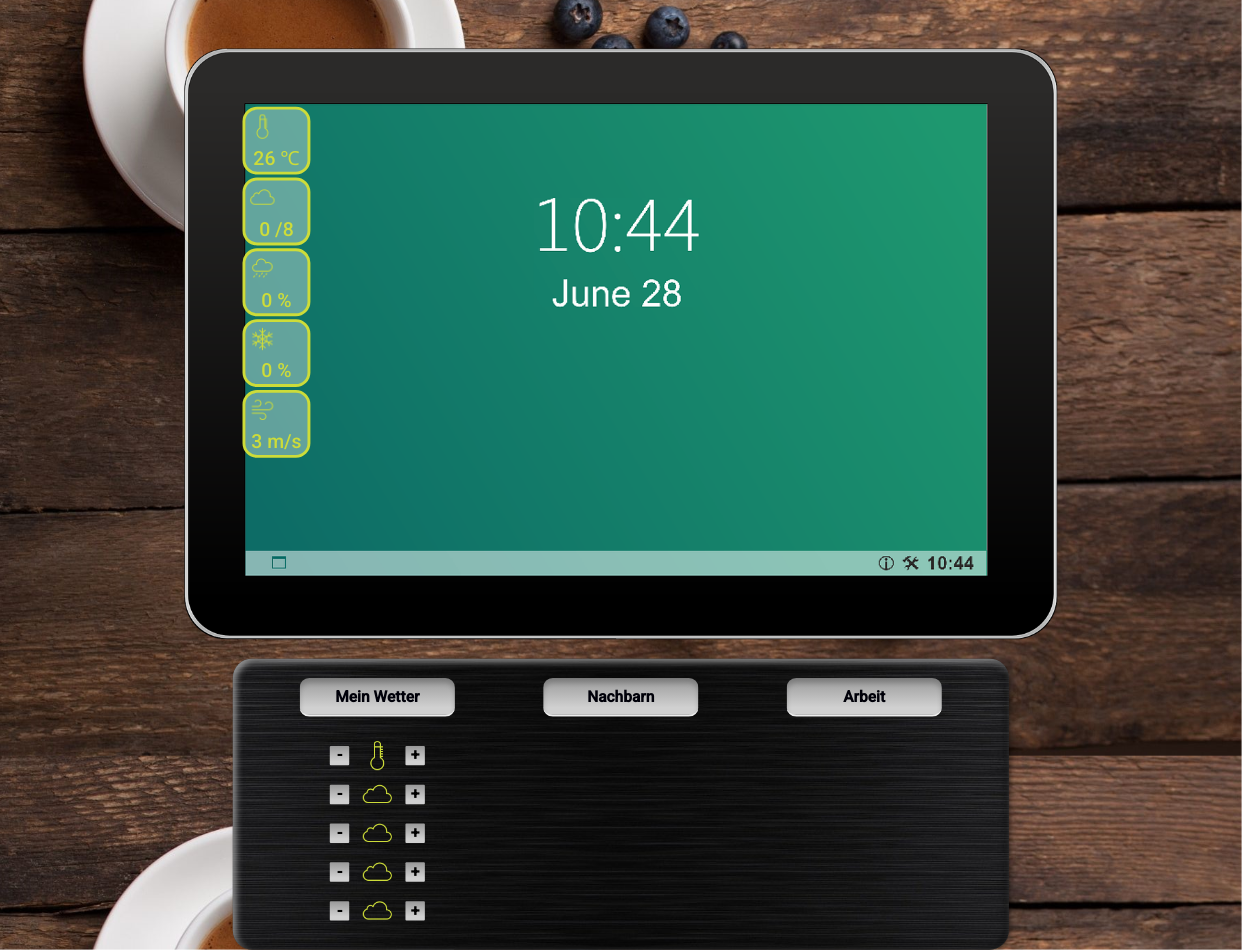
Repository: NadiaSchmitz/wetter.githab.io
Page: index.html
The author's editor kept a record of every edit. The page is drawn from the files as they stood at one moment, then again after the next edit.
The browser window is 1280 px wide. The pictures show the whole page, at 97% of full size.

Above is the page before.
Not found: styles/background1.css
Not found: styles/background2.css
Not found: styles/background3.css

### index.html
<!DOCTYPE html>
<html>

<head>
  <meta charset="utf-8" />
  <title>Das Wetter</title>
  <link rel="stylesheet" href="./styles/reset.css" type="text/css" />
  <link rel="stylesheet" href="./styles/style.css" type="text/css" />
  <link rel="stylesheet" href="./styles/icons.css" type="text/css" />
  <link rel="stylesheet" href="./styles/table.css" type="text/css" />
  <link rel="stylesheet" href="./styles/tablet.css" type="text/css" />
  <link rel="stylesheet" href="./styles/keyboard.css" type="text/css" />
  <link rel="stylesheet" href="./styles/background1.css" type="text/css" />
  <link rel="stylesheet" href="./styles/background2.css" type="text/css" />
  <link rel="stylesheet" href="./styles/background3.css" type="text/css" />
  <meta name="viewport" content="width=device-width, initial-scale=1.0">
  <link rel="preconnect" href="https://fonts.googleapis.com">
  <link rel="preconnect" href="https://fonts.gstatic.com" crossorigin>
  <link href="https://fonts.googleapis.com/css2?family=Roboto:wght@500&display=swap" rel="stylesheet">
  <link rel="shortcut icon" href="images/favicon.png" type="image/x-icon">
  <script src="https://ajax.googleapis.com/ajax/libs/jquery/2.2.0/jquery.min.js"></script>

</head>

<body>
  <section class="wrapper">
    <div class="coffee"></div>
    <section class="inner_wrapper">
      <div class="weather_wrapper">
        <div id="weather" class="main_layout_my_weather">
        <div id="layout_1" class="layout1_my_weather"></div>
        <div class="status_wrapper">
          <div class="status status_temperature">
            <div class="status_value status_temperature_value">
              <span>26</span>
              <span class="celsius">&#8451;</span>
            </div>
          </div>
          <div class="status status_clouds">
            <div class="status_value status_clouds_value">
              <span>0</span>
              <span>/8</span>
            </div>
          </div>
          <div class="status status_rain">
            <div class="status_value status_rain_value">
              <span>0</span>
              <span>%</span>
            </div>
          </div>
          <div class="status status_snow">
            <div class="status_value status_snow_value">
              <span>0</span>
              <span>%</span>
            </div>
          </div>
          <div class="status status_wind">
            <div class="status_value status_wind_value">
              <span>3</span>
              <span>m/s</span>
            </div>
          </div>
        </div>
      </div>
      </div>
      <div class="control">
        <div class="control_keyboard">
          <div class="control_keyboard_section">
            <div class="weather_button_wrapper">
              <span id="myWeather" class="weather_button">Mein Wetter</span>
            </div>
            <div class="control_keyboard_content">
              <div class="control_keyboard_content_item">
                <span class="control_button temperatur_minus">-</span>
                <span class="control_weather temperatur_value"></span>
                <span class="control_button temperatur_plus">+</span>
              </div>
              <div class="control_keyboard_content_item">
                <span class="control_button clouds_minus">-</span>
                <span class="control_weather clouds_value"></span>
                <span class="control_button clouds_plus">+</span>
              </div>
              <div class="control_keyboard_content_item">
                <span class="control_button clouds_minus">-</span>
                <span class="control_weather clouds_value"></span>
                <span class="control_button clouds_plus">+</span>
              </div>
              <div class="control_keyboard_content_item">
                <span class="control_button clouds_minus">-</span>
                <span class="control_weather clouds_value"></span>
                <span class="control_button clouds_plus">+</span>
              </div>
              <div class="control_keyboard_content_item">
                <span class="control_button clouds_minus">-</span>
                <span class="control_weather clouds_value"></span>
                <span class="control_button clouds_plus">+</span>
              </div>
            </div>
          </div>
          <div class="control_keyboard_section">
            <div class="weather_button_wrapper">
              <span id="nachbarnWeather" class="weather_button">Nachbarn</span>
            </div>
          </div>
          <div class="control_keyboard_section">
            <div class="weather_button_wrapper">
              <span id="arbeitWeather" class="weather_button">Arbeit</span>
            </div>
          </div>
        </div>
      </div>
    </section>
  </section>
  <script type="text/javascript" src="./js/weather.js"></script>
  <script type="text/javascript" src="./js/general.js"></script>
</body>

</html>

### styles/reset.css
html, body, div, span, applet, object, iframe,
h1, h2, h3, h4, h5, h6, p, blockquote, pre,
a, abbr, acronym, address, big, cite, code,
del, dfn, em, img, ins, kbd, q, s, samp,
small, strike, strong, sub, sup, tt, var,
b, u, i, center,
dl, dt, dd, ol, ul, li,
fieldset, form, label, legend,
table, caption, tbody, tfoot, thead, tr, th, td,
article, aside, canvas, details, embed,
figure, figcaption, footer, header, hgroup,
menu, nav, output, ruby, section, summary,
time, mark, audio, video {
	margin: 0;
	padding: 0;
	box-sizing: border-box;
	border: 0;
	font-size: 100%;
	font: inherit;
	vertical-align: baseline;
}
/* HTML5 display-role reset for older browsers */
article, aside, details, figcaption, figure,
footer, header, hgroup, menu, nav, section {
	display: block;
}
body {
	line-height: 1;
}
ol, ul {
	list-style: none;
}
blockquote, q {
	quotes: none;
}
blockquote:before, blockquote:after,
q:before, q:after {
	content: '';
	content: none;
}
table {
	border-collapse: collapse;
	border-spacing: 0;
}

### styles/style.css
.wrapper {
  min-height: calc(100vh);
  background-position: 50% -200px;
  background-size: cover;
}

.inner_wrapper {
  font-family: 'Roboto', sans-serif;
  padding: 50px  0 0 0;
}

.weather_wrapper {
  width: 900px;
  height: 609px;
  background-size: contain;
  background-repeat: no-repeat;
  margin: 0 auto 20px;
  padding: 50px;
}

#weather {
  position: relative;
  width: 800px;
  height: 511px;
  background-size: cover;
  background-repeat: no-repeat;
  background-position: 50%;
  margin: 0 auto;
}

#layout_1 {
  position: absolute;
  top: 0;
  bottom: 0;
  left: 0;
  right: 0;
  background-size: cover;
  background-position: 40% 0;
}

.status_wrapper {
  padding: 10px 0 0 10px;
}

.status {
  position: relative;
  width: 70px;
  height: 70px;
  border-radius: 15px;
  border: 3px solid #cddc39;
  background-size: 25px;
  background-position: 5px 5px;
  background-repeat: no-repeat;
  background-color: rgb(255 255 255 / 35%);
  margin: 0 0 3px 0;
}

.status:last-of-type {
  margin: 0;
}

.status_value {
  font-size: 20px;
  line-height: 40px;
  text-align: center;
  color: #cddc39;
  margin: 30px 0 0 0;
}

.control {

}

.control_keyboard {
  width: 800px;
  height: 300px;
  background-color: #3a3939;
  background-size: cover;
  border-radius: 20px;
  text-align: center;
  box-shadow: inset rgba(0,0,0,.5) -3px -3px 8px, inset rgb(179 178 178 / 90%) 3px 3px 8px, rgba(0,0,0,.8) 3px 3px 8px -3px;
  margin: 0 auto;
  padding: 20px;
}

.control_keyboard_section {
  display: inline-block;
  vertical-align: top;
  width: 32.5%;
  padding: 0 10px 0 10px;
}

.weather_button_wrapper {
  margin: 0 0 30px 0;
}

.weather_button {
  width: 160px;
  height: 40px;
  border-bottom: 2px solid #eee;
  box-shadow: inset rgba(0,0,0,0.2) 0px 5px 6px;
  display: block;
  font-size: 16px;
  line-height: 40px;
  color: #000009;
  font-weight: 700;
  text-align: center;
  text-decoration: none;
  background-image: -webkit-linear-gradient(top, #999, #d0d0d0 80%);
  background-image: -moz-linear-gradient(top, #999, #d0d0d0 80%);
  background-image: -ms-linear-gradient(top, #999, #d0d0d0 80%);
  background-image: -o-linear-gradient(top, #999, #d0d0d0 80%);
  background-image: linear-gradient(top, #999, #d0d0d0 80%);
  -moz-border-radius: 10px;
  -webkit-border-radius: 10px;
  border-radius: 10px;
  -webkit-transition: all .1s ease-in;
  -moz-transition: all .1s ease-in;
  -ms-transition: all .1s ease-in;
  -o-transition: all .1s ease-in;
  transition: all .1s ease-in;
  cursor: pointer;
  margin: 0 auto;
}

.weather_button:hover {
  -webkit-box-shadow: rgba(0,0,0,.4) 0 3px 8px;
  -moz-box-shadow: rgba(0,0,0,.4) 0 3px 8px;
  box-shadow: rgba(0,0,0,.4) 0 3px 8px;
}

.weather_button:active {
  color: #777;
  border-bottom: 1px solid #fff;
  -webkit-box-shadow: inset rgba(0,0,0,.5) 0px 5px 10px;
  -moz-box-shadow: inset rgba(0,0,0,.5) 0px 5px 10px;
  box-shadow: inset rgba(0,0,0,.5) 0px 5px 10px;
}

.control_keyboard_content_item {
  margin: 0 0 15px 0;
}

.control_button {
  display: inline-block;
  vertical-align: top;
  width: 20px;
  height: 20px;
  font-size: 16px;
  line-height: 20px;
  font-weight: 700;
  text-align: center;
  background-image: -webkit-linear-gradient(top, #999, #d0d0d0 80%);
  background-image: -moz-linear-gradient(top, #999, #d0d0d0 80%);
  background-image: -ms-linear-gradient(top, #999, #d0d0d0 80%);
  background-image: -o-linear-gradient(top, #999, #d0d0d0 80%);
  background-image: linear-gradient(top, #999, #d0d0d0 80%);
  -moz-border-radius: 1px;
  -webkit-border-radius: 1px;
  border-radius: 1px;
  -webkit-transition: all .1s ease-in;
  -moz-transition: all .1s ease-in;
  -ms-transition: all .1s ease-in;
  -o-transition: all .1s ease-in;
  transition: all .1s ease-in;
}

.control_weather {
  display: inline-block;
  vertical-align: top;
  width: 30px;
  height: 30px;
  background-position: 50%;
  background-size: cover;
  margin: -5px 10px 0 10px;
}

### js/weather.js
var weatherArray = [];
weatherArray = [
  {
    weatherOwner: "myWeather",
    temperaturUnderLimit: 25,
    temperaturStandart: 26,
    temperaturUpperLimit: 27,
    cloudsUnderLimit: 0,
    cloudsStandart: 0,
    cloudsUpperLimit: 1,
    rainUnderLimit: 0,
    rainStandart: 0,
    rainUpperLimit: 5,
    snowUnderLimit: 0,
    snowStandart: 0,
    snowUpperLimit: 0,
    windUnderLimit: 3,
    windStandart: 3,
    windUpperLimit: 5,
    mainLayoutClass: "main_layout_my_weather",
    layout1: "layout1_my_weather",
    layout2: ""
  },

  {
    weatherOwner: "nachbarnWeather",
    temperaturUnderLimit: 3,
    temperaturStandart: 5,
    temperaturUpperLimit: 8,
    cloudsUnderLimit: 7,
    cloudsStandart: 8,
    cloudsUpperLimit: 9,
    rainUnderLimit: 80,
    rainStandart: 90,
    rainUpperLimit: 100,
    snowUnderLimit: 0,
    snowStandart: 0,
    snowUpperLimit: 0,
    windUnderLimit: 20,
    windStandart: 30,
    windUpperLimit: 40,
    mainLayoutClass: "main_layout_nachbarn_weather",
    layout1: "layout1_nachbarn_weather",
    layout2: ""
  },

  {
    weatherOwner: "arbeitWeather",
    temperaturUnderLimit: -10,
    temperaturStandart: -20,
    temperaturUpperLimit: -30,
    cloudsUnderLimit: 3,
    cloudsStandart: 4,
    cloudsUpperLimit: 5,
    rainUnderLimit: 0,
    rainStandart: 0,
    rainUpperLimit: 0,
    snowUnderLimit: 30,
    snowStandart: 50,
    snowUpperLimit: 80,
    windUnderLimit: 0,
    windStandart: 0,
    windUpperLimit: 0,
    mainLayoutClass: "main_layout_arbeit_weather",
    layout1: "layout1_arbeit_weather",
    layout2: ""
  },
]

$(document).ready(function() {
  $(".weather_button").click(function() {
    var buttonId = $(this).attr('id');
    console.log(buttonId);
    for (var i = 0; i < weatherArray.length; i++) {
      if (buttonId == weatherArray[i].weatherOwner) {
        var styleId = i;
        $('#weather').removeClass().addClass(weatherArray[styleId].mainLayoutClass);
        $('#layout_1').removeClass().addClass(weatherArray[styleId].layout1);
        /*$('.sidebar_left').css('backgroundColor', colorSchemeArray[styleId].colorSidebarLeft);
        $('h4').css('backgroundColor', colorSchemeArray[styleId].colorTopic);*/
      }
    }
  });
})

### js/general.js
$(document).ready(function() {
    var widthScreen = $(window).width() - 700;
    var heightScreen = widthScreen / 1.5;

    var screenRatio = widthScreen / heightScreen;

    console.log(widthScreen);
    console.log(heightScreen);
    console.log(screenRatio);

    $(".weather").css("width", widthScreen);
    $(".weather").css("height", heightScreen);
})

Loaded but not shown: styles/icons.css (library); styles/table.css (library); styles/tablet.css (library); styles/keyboard.css (library)

After the next edit:
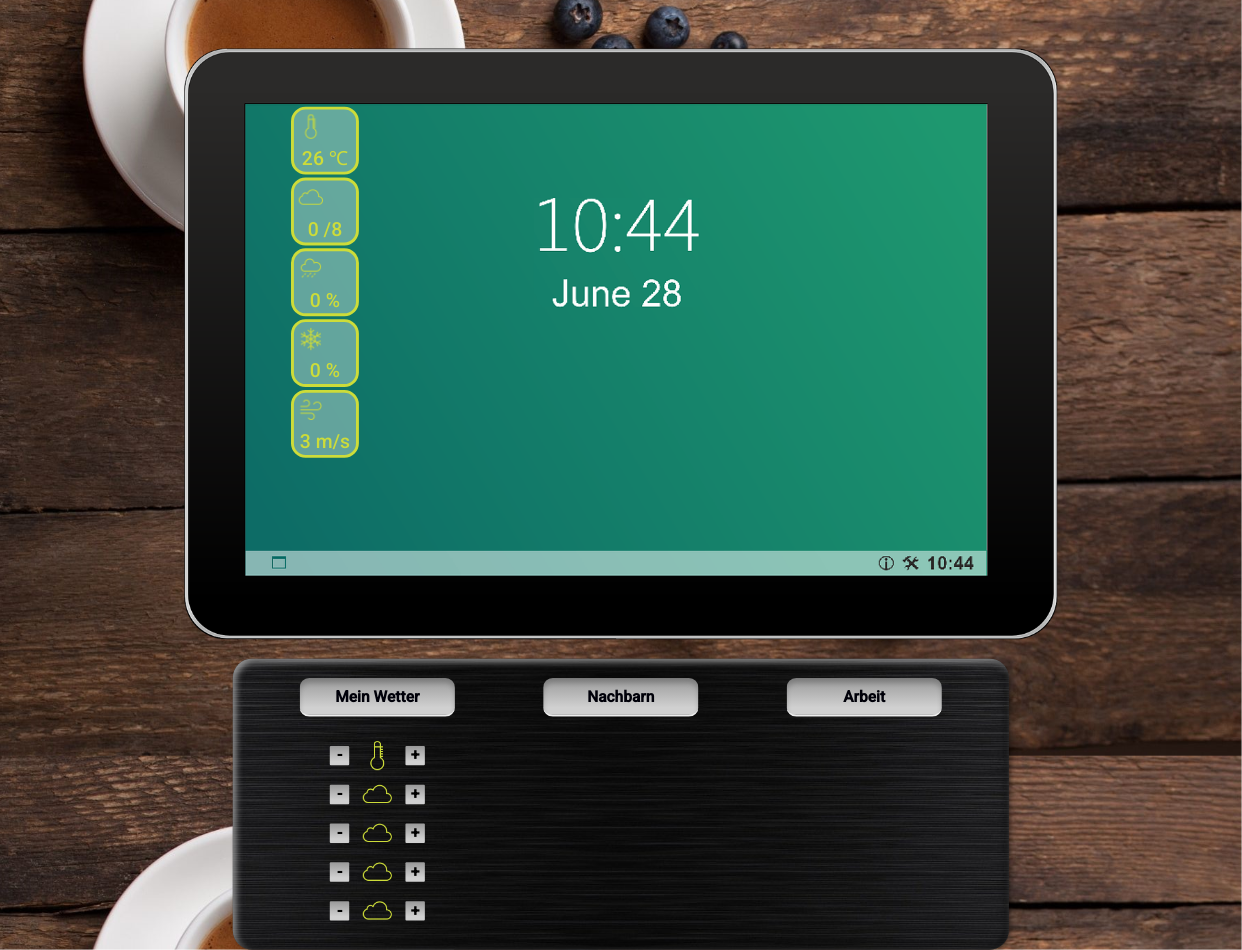
The edit:
--- a/styles/style.css
+++ b/styles/style.css
@@ -20,7 +20,7 @@
 
 #weather {
   position: relative;
-  width: 800px;
+  width: 700px;
   height: 511px;
   background-size: cover;
   background-repeat: no-repeat;
